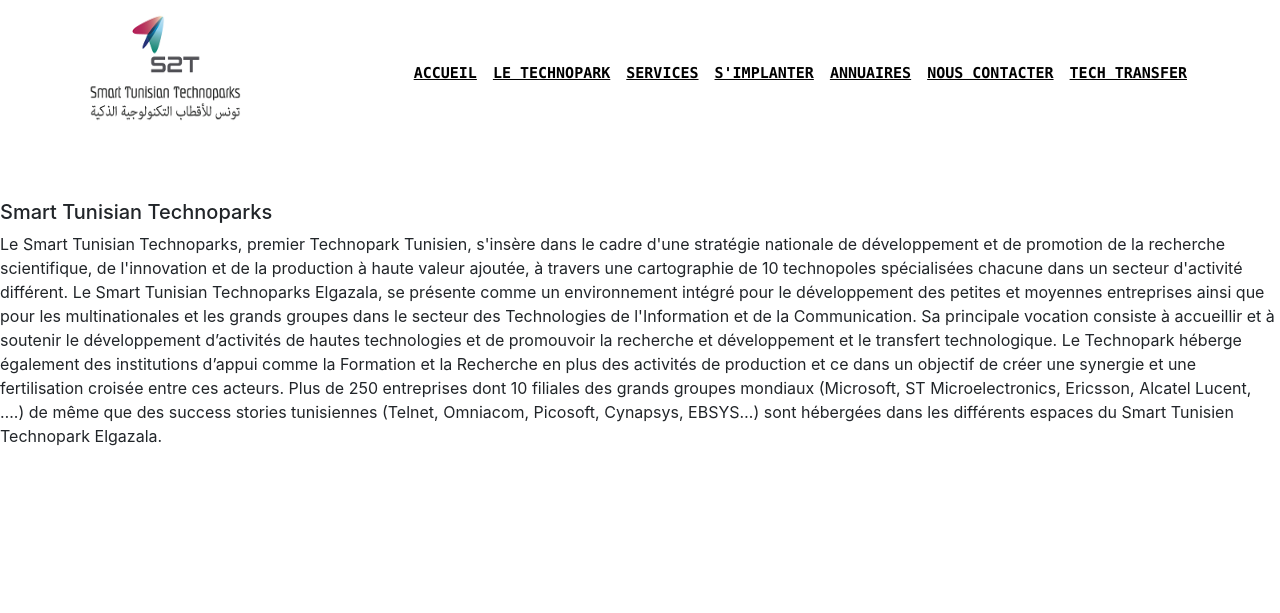
Repository: Zakraouihadil1/stage-perfectionnement-
Page: presentation.html
An editor plug-in stored every save of this project. The page is shown before and after the next save, followed by the edit.
The browser window is 1280 px wide. The pictures show the whole page.

Above is the page before, as saved 2021-08-17 19:15:23.

After the next save:
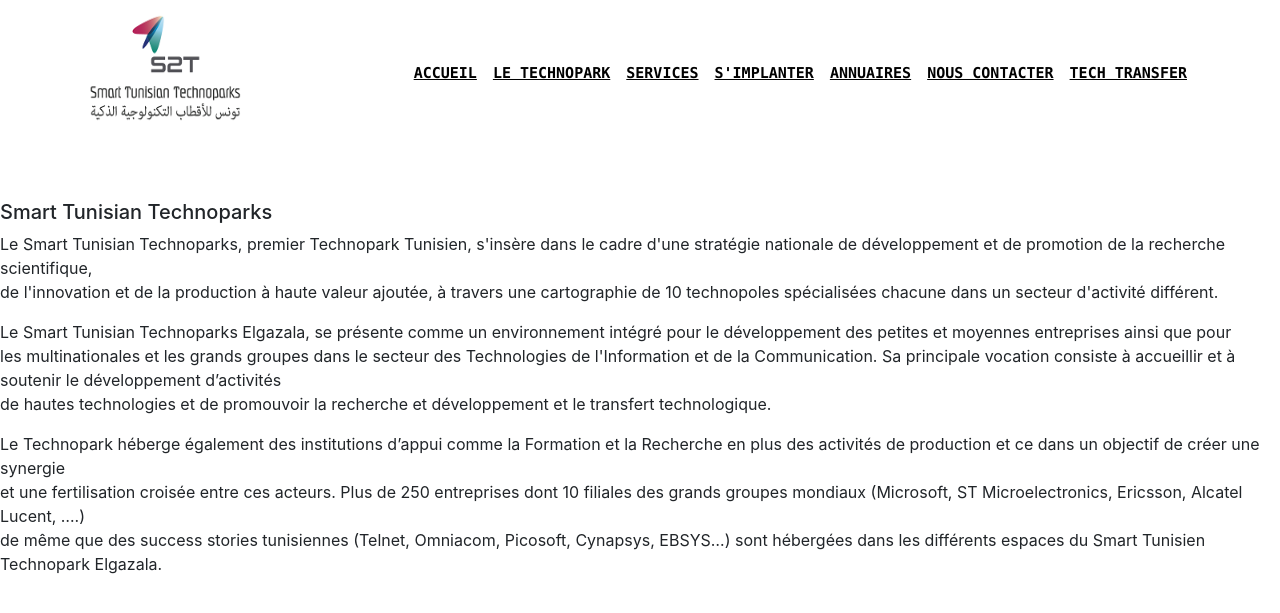
Saved 4 min 24 s later.
--- a/presentation.html
+++ b/presentation.html
@@ -101,11 +101,16 @@
 
 <div style="margin-top: 200px;">
     <h5>Smart Tunisian Technoparks</h5>
-    <p>Le Smart Tunisian Technoparks, premier Technopark Tunisien, s'insère dans le cadre d'une stratégie nationale de développement et de promotion de la recherche scientifique, de l'innovation et de la production à haute valeur ajoutée, à travers une cartographie de 10 technopoles spécialisées chacune dans un secteur d'activité différent.
+    <p>Le Smart Tunisian Technoparks, premier Technopark Tunisien, s'insère dans le cadre d'une stratégie nationale de développement et de promotion de la recherche scientifique, <br>
+     de l'innovation et de la production à haute valeur ajoutée, à travers une cartographie de 10 technopoles spécialisées chacune dans un secteur d'activité différent.</p>
 
-        Le Smart Tunisian Technoparks Elgazala, se présente comme un environnement intégré pour le développement des petites et moyennes entreprises ainsi que pour les multinationales et les grands groupes dans le secteur des Technologies de l'Information et de la Communication. Sa principale vocation consiste à accueillir et à soutenir le développement d’activités de hautes technologies et de promouvoir la recherche et développement et le transfert technologique.
+      <p>Le Smart Tunisian Technoparks Elgazala, se présente comme un environnement intégré pour le développement des petites et moyennes entreprises ainsi que pour <br>
+        les multinationales et les grands groupes dans le secteur des Technologies de l'Information et de la Communication. Sa principale vocation consiste à accueillir et à soutenir le développement d’activités <br>
+         de hautes technologies et de promouvoir la recherche et développement et le transfert technologique.</p>
 
-        Le Technopark héberge également des institutions d’appui comme la Formation et la Recherche en plus des activités de production et ce dans un objectif de créer une synergie et une fertilisation croisée entre ces acteurs. Plus de 250 entreprises dont 10 filiales des grands groupes mondiaux (Microsoft, ST Microelectronics, Ericsson, Alcatel Lucent, ….) de même que des success stories tunisiennes (Telnet, Omniacom, Picosoft, Cynapsys, EBSYS…) sont hébergées dans les différents espaces du Smart Tunisien Technopark Elgazala.</p>
+      <p> Le Technopark héberge également des institutions d’appui comme la Formation et la Recherche en plus des activités de production et ce dans un objectif de créer une synergie <br>
+          et une fertilisation croisée entre ces acteurs. Plus de 250 entreprises dont 10 filiales des grands groupes mondiaux (Microsoft, ST Microelectronics, Ericsson, Alcatel Lucent, ….) <br>
+          de même que des success stories tunisiennes (Telnet, Omniacom, Picosoft, Cynapsys, EBSYS…) sont hébergées dans les différents espaces du Smart Tunisien Technopark Elgazala.</p>
 </div>
 
 
